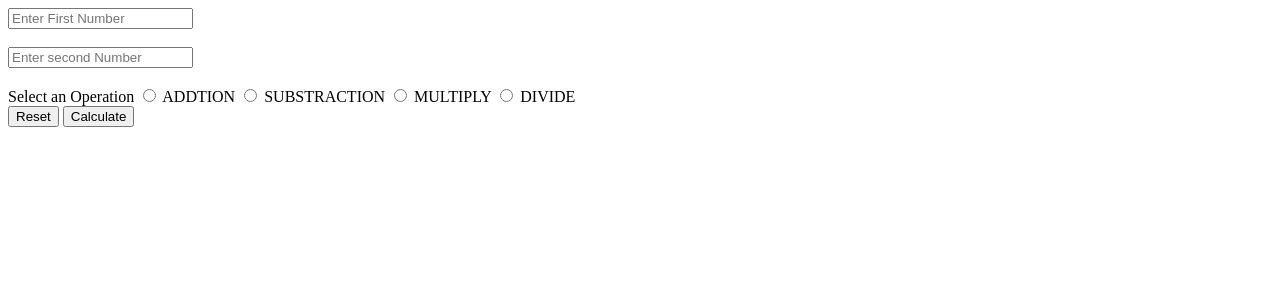
Repository: VIJAYkollu-7568/rakhi
Page: ServletProject/src/main/webapp/calculator.html
These files come from the project's save history. The page is drawn as it stood at one moment and after the next save; the edit follows.
The browser window is 1280 px wide. The pictures show the whole page.

Above is the page before, as saved 2024-11-04 04:15:53.

After the next save:
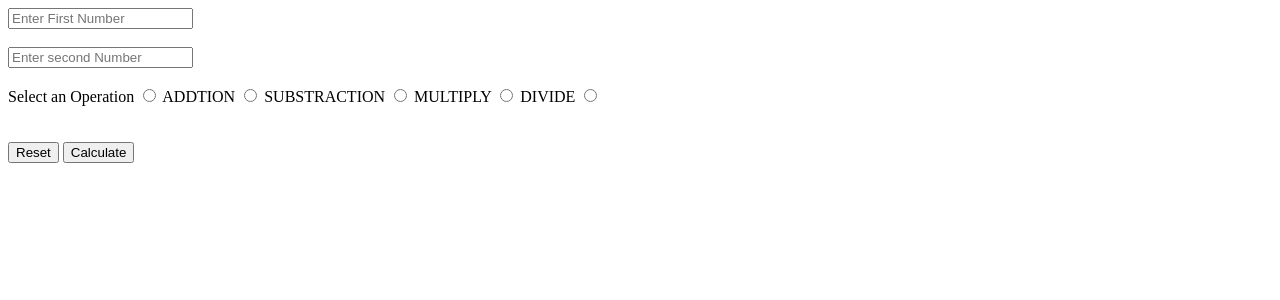
Saved 83 s later.
--- a/ServletProject/src/main/webapp/calculator.html
+++ b/ServletProject/src/main/webapp/calculator.html
@@ -11,10 +11,12 @@
 <input type="text"  placeholder="Enter second Number " name="txtN2" ><br>
 <br>
 Select an Operation <input type="radio" name="opr" value="+">
-ADDTION <input type="radio" name="opr" value="-">
-SUBSTRACTION <input type="radio" name="opr" value="*">
-MULTIPLY <input type="radio" name="opr" value="/">
-DIVIDE <br> <input type="reset">
+ADDTION <input type="radio" name="opr" value="+">
+SUBSTRACTION <input type="radio" name="opr" value="-">
+MULTIPLY <input type="radio" name="opr" value="*">
+DIVIDE <input type="radio" name="opr" value="/">
+<br><br>
+ <br> <input type="reset">
 <input type="submit" value="Calculate" >
 </form>
 </body>
